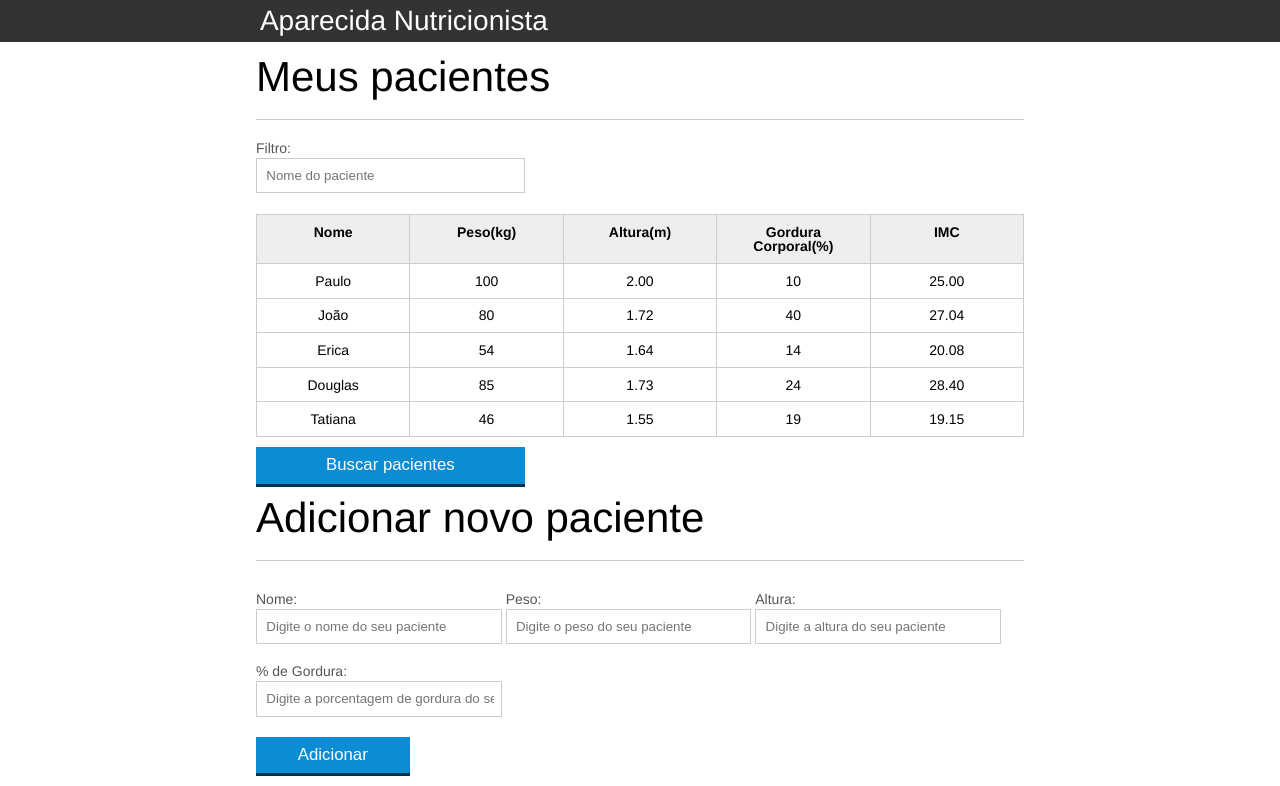
Repository: GabbLps/Controle-de-Clientes-Alura
Page: index.html
These files come from the project's save history. The page is drawn as it stood at one moment and after the next save; the edit follows.
The browser window is 1280 px wide. The pictures show the whole page.

Above is the page before, as saved 2022-05-16 12:52:15.

### index.html
<!DOCTYPE html>
<html lang="pt-br">
	<head>
		<meta charset="UTF-8">
		<title>Aparecida Nutrição</title>
		<link rel="icon" href="favicon.ico" type="image/x-icon">
		<link rel="stylesheet" type="text/css" href="css/reset.css">
		<link rel="stylesheet" type="text/css" href="css/index.css">

	</head>
	<body>

		<header>
			<div class="container">
				<h1 class="titulo">Aparecida Nutrição</h1>
			</div>
		</header>
		<main>
			<section class="container">
				<h2>Meus pacientes</h2>
				<label for="filtrar-tabela">Filtro:</label>
				<input type="text" name="filtro" id="filtrar-tabela" placeholder="Nome do paciente">
				<span id="erro-ajax" class="invisivel">Erro ao buscar os pacientes</span>
				<table>
					<thead>
						<tr>
							<th>Nome</th>
							<th>Peso(kg)</th>
							<th>Altura(m)</th>
							<th>Gordura Corporal(%)</th>
							<th>IMC</th>
						</tr>
					</thead>
					<tbody id="tabela-pacientes">
						<tr class="paciente" id="primeiro-paciente" >
							<td class="info-nome">Paulo</td>
							<td class="info-peso">100</td>
							<td class="info-altura">2.00</td>
							<td class="info-gordura">10</td>
							<td class="info-imc">0</td>
						</tr>

						<tr class="paciente" >
							<td class="info-nome">João</td>
							<td class="info-peso">80</td>
							<td class="info-altura">1.72</td>
							<td class="info-gordura">40</td>
							<td class="info-imc">0</td>
						</tr>

						<tr class="paciente" >
							<td class="info-nome">Erica</td>
							<td class="info-peso">54</td>
							<td class="info-altura">1.64</td>
							<td class="info-gordura">14</td>
							<td class="info-imc">0</td>
						</tr>

						<tr class="paciente">
							<td class="info-nome">Douglas</td>
							<td class="info-peso">85</td>
							<td class="info-altura">1.73</td>
							<td class="info-gordura">24</td>
							<td class="info-imc">0</td>
						</tr>
						<tr class="paciente" >
							<td class="info-nome">Tatiana</td>
							<td class="info-peso">46</td>
							<td class="info-altura">1.55</td>
							<td class="info-gordura">19</td>
							<td class="info-imc">0</td>
						</tr>
					</tbody>
				</table>

				<button id="buscar-paciente" class="botao bto-principal">Buscar pacientes</button>
			</section>
		</main>

		<section class="container">
			<h2 id="titulo-form">Adicionar novo paciente</h2>
			<ul id="mensagens-erro">

			</ul>
			<form id="form-adiciona">
				<div class="grupo">
					<label for="nome">Nome:</label>
					<input id="nome" name="nome" type="text" placeholder="Digite o nome do seu paciente" class="campo">
				</div>
				<div class="grupo">
					<label for="peso">Peso:</label>
					<input id="peso" name="peso" type="text" placeholder="Digite o peso do seu paciente" class="campo campo-medio">
				</div>
				<div class="grupo">
					<label for="altura">Altura:</label>
					<input id="altura" name="altura" type="text" placeholder="Digite a altura do seu paciente" class="campo campo-medio">
				</div>
				<div class="grupo">
					<label for="gordura">% de Gordura:</label>
					<input id="gordura" type="text" placeholder="Digite a porcentagem de gordura do seu paciente" class="campo campo-medio">
				</div>

				<button id="adicionar-paciente" class="botao bto-principal">Adicionar</button>
			</form>
		</section>

		<script src="js/calcula-imc.js"></script>
		<script src="js/form.js"></script>
		<script src="js/remover-paciente.js"></script>
		<script src="js/filtro.js"></script>
		<script src="js/buscar-pacientes.js"></script>

	</body>
</html>

### css/index.css
*{
	box-sizing: border-box;
 }

body{
	font-family: "Helvetica Neue", "Helvetica", Helvetica, Arial, sans-serif;
	font-size: 14px;
}

header{
	background-color: #333;
	height: 3em;
	color: #FFF;
	margin-bottom: 1em;
}

header h1{
	font-size: 2em;
	display:inline-block;
	vertical-align:	middle;
}
header h2{
	font-size: 2em;
	display:inline-block;
	vertical-align:	middle;
}

header .container:before{
	content: '';
	display:inline-block;
	height: 100%;
	vertical-align:	middle;
}

.container{
	width: 60%;
	height: 100%;
	margin: 0 auto;
}

section{
	margin: 2em 0;
	overflow: hidden;
}

section h2{
	font-size: 3em;
	display: block;
	padding-bottom: .5em;
	border-bottom: 1px solid #ccc;
	margin-bottom: .5em;
}

table{
	width: 100%;
	margin-bottom : .5em;
    table-layout: fixed;
	margin-top: 1.5em;
}

#buscar-paciente {
	width: 35%;
}

td, th {
	padding: .7em;
	margin: 0;
	border: 1px solid #ccc;
	text-align: center;
}

th{
	font-weight: bold;
	background-color: #EEE;
}

label{
	color: #555;
	display: block;
	margin-bottom: .2em;
}

.campo, #filtrar-tabela{
	margin: 0;
	padding-bottom: 1em;
	width: 100%;
	border: 1px solid #ccc;
	padding: .7em;
	width: 100%;
}

#filtrar-tabela {
	width: 35%;
}

.campo-medio{
	display: inline-block;
	padding-right: .5em;
}

.grupo{
	width: 32%;
	display: inline-block;
	padding: 10px 0px;
}

button{
	padding: .5em 2em;
	border: 0;
	border-bottom: 3px solid;
	font-size: 1.2em;
	cursor: pointer;
	margin: 0;
	margin-top: -3px;
	color: #fff;
	background-color:#0c8cd3;
	border-color: #04324c;
	width: 20%;
    display: block;
    clear: both;
    margin: 10px 0px;

}

button:active{
	margin-top:0px;
	border: 0;
}

button[disabled=disabled], button:disabled {
    background-color: gray;
	border-color: darkgray;

}

.adicionar-paciente{
    margin-top: 30px;
}

.campo-invalido{
	border: 1px solid red;
}

.paciente-invalido {
	background-color: lightcoral;
}

#mensagens-erro{
	color:red;
}

.fadeOut {
	opacity: 0;
	transition: 0.5s;
}

.invisivel {
	display: none;
}

### js/calcula-imc.js
var titulo = document.querySelector(".titulo");
titulo.textContent = "Aparecida Nutricionista";

var pacientes = document.querySelectorAll(".paciente");

for(var i = 0;i < pacientes.length; i++) {

    var paciente = pacientes[i];

    var tdPeso = paciente.querySelector(".info-peso");
    var peso = tdPeso.textContent;

    var tdAltura = paciente.querySelector(".info-altura");
    var altura = tdAltura.textContent;

    var tdImc = paciente.querySelector(".info-imc");

    var pesoEhValido = validaPeso(peso); //true or false
    var alturaEhValida = validaAltura(altura); //true or false

    if(!pesoEhValido) {
        console.log("Peso inválido!")
        pesoEhValido = false;
        tdImc.textContent = "Peso inválido!"
        paciente.classList.add("paciente-invalido");
    }

    if(!alturaEhValida) {
        console.log("Altura inválida!")
        pesoEhValido = false;
        tdImc.textContent = "Altura inválida!";
        paciente.classList.add("paciente-invalido");
    }

    if(pesoEhValido && alturaEhValida) {
        var imc = calculaImc(peso,altura);
        tdImc.textContent = imc;
    }
}

function validaPeso(peso) {
    if(peso >= 0 && peso < 1000) {
        return true;
    }else{
        return false;
    }
}

function validaAltura(altura) {
    if(altura >= 0 && altura <= 3.0) {
        return true;
    } else {
        return false;
    }
}

function calculaImc(peso,altura) {
    var imc = 0;

    imc = peso / (altura*altura);

    return imc.toFixed(2);
}

### js/form.js
var botaoAdicionar = document.querySelector("#adicionar-paciente");
botaoAdicionar.addEventListener("click", function(event) {
    event.preventDefault();

    var form = document.querySelector("#form-adiciona");
    var paciente = obtemPacienteDoFormulario(form);


    var erros = validaPaciente(paciente);
    console.log(erros);

    if(erros.length > 0){
        exibeMensagensDeErro(erros);
        return;
    }

    //  Adicionando paciente na tabela
    adicionaPacienteNaTabela(paciente);

    form.reset();

    // Apagar conteudo de dentro da UL que contem os erros
    var mensagensErro = document.querySelector("#mensagens-erro");
    mensagensErro.innerHTML = "";
});

    function adicionaPacienteNaTabela(paciente){
        var pacienteTr = montaTr(paciente);
        var tabela = document.querySelector("#tabela-pacientes");
        tabela.appendChild(pacienteTr);
    }

    function exibeMensagensDeErro(erros) {
        var ul = document.querySelector("#mensagens-erro");
        ul.innerHTML = "";
        erros.forEach(function(erro){
            var li = document.createElement("li");
            li.textContent = erro;
            ul.appendChild(li);
        });
    }

function obtemPacienteDoFormulario(form) {

    var paciente = {
        nome: form.nome.value,
        peso: form.peso.value,
        altura: form.altura.value,
        gordura: form.gordura.value,
        imc: calculaImc(form.peso.value, form.altura.value)
    }
    return paciente;
}

function montaTr(paciente){
    var pacienteTr = document.createElement("tr");  // Cria uma tr
    pacienteTr.classList.add("paciente");

    pacienteTr.appendChild(montaTd(paciente.nome, "info-nome"));   // Adiciona nomeTd dentro da Tr
    pacienteTr.appendChild(montaTd(paciente.peso, "info-peso"));
    pacienteTr.appendChild(montaTd(paciente.altura, "info-altura"));
    pacienteTr.appendChild(montaTd(paciente.gordura, "info-gordura"));
    pacienteTr.appendChild(montaTd(paciente.imc, "info-imc"));

    return pacienteTr;
}

function montaTd(dado,classe) {
    var td = document.createElement("td");  // Cria uma  td
    td.textContent = dado;   //  Adiciona um valor para essa td
    td.classList.add(classe); // Adiciona a classe no Td
    return td;
}

function validaPaciente(paciente) {

    var erros = [];

    if(paciente.nome.length == 0) {
        erros.push("O nome não pode ser em branco.");
    }

    if(!validaPeso(paciente.peso)){
        erros.push("Peso inválido!");
    }

    if(!validaAltura(paciente.altura)){
        erros.push("Altura inválida!");
    }

    if(paciente.gordura.length == 0) {
        erros.push("A gordura não pode ser em branco.");
    }

    if(paciente.peso.length == 0) {
        erros.push("O peso não pode ser em branco.");
    }

    if(paciente.altura.length == 0) {
        erros.push("A altura não pode ser em branco.");
    }
    return erros;
}

### js/remover-paciente.js
var pacientes = document.querySelectorAll(".paciente");

var tabela = document.querySelector("#tabela-pacientes");

tabela.addEventListener("dblclick", function(e){
    e.target.parentNode.classList.add("fadeOut");

    setTimeout(function(){
        e.target.parentNode.remove();
    }, 500);

      // e. target = o filho que é clicado
});  // parentNode é o pai dele.     e.target = alvoDoEvento e o parentNode = o pai dele.

/*
pacientes.forEach(function(paciente){
    paciente.addEventListener("dblclick", function(){
        console.log("Fui clicado com um duplo clique!");
        this.remove();  // this = quem for clicado ou recebe a ação/evento.
    });
});
*/

### js/filtro.js
var campoFiltro = document.querySelector("#filtrar-tabela");

campoFiltro.addEventListener("input", function(){
    console.log(this.value);
    var pacientes = document.querySelectorAll(".paciente");

    if(this.value.length > 0){

        for(var i = 0; i < pacientes.length; i++){
            var paciente = pacientes[i];
            var tdNome = paciente.querySelector(".info-nome");
            var nome = tdNome.textContent;
            var expressao = new RegExp(this.value,"i");
            if(!expressao.test(nome)) {
                paciente.classList.add("invisivel");
            } else {
                paciente.classList.remove("invisivel");
            }
        }
    } else {
        for (var i = 0; i < pacientes.length; i++) {
            var paciente = pacientes[i];
            paciente.classList.remove("invisivel");
        }
    }

});

### js/buscar-pacientes.js
var btnBuscarPaciente = document.querySelector("#buscar-paciente")

btnBuscarPaciente.addEventListener("click", function(){
    console.log("Buscando pacientes...");

    var xhr = new XMLHttpRequest();

    xhr.open("GET", "https://api-pacientes.herokuapp.com/1pacientes");

    xhr.addEventListener("load", function(){

        if( xhr.status == 200){
            var resposta = xhr.responseText;
            var pacientes = JSON.parse(resposta);

            pacientes.forEach(function(paciente){
                adicionaPacienteNaTabela(paciente);
            });
        } else {
            console.log(xhr.status);
            console.log(xhr.responseText);
        }



    });

    xhr.send();
});

Loaded but not shown: css/reset.css (common file)

After the next save:
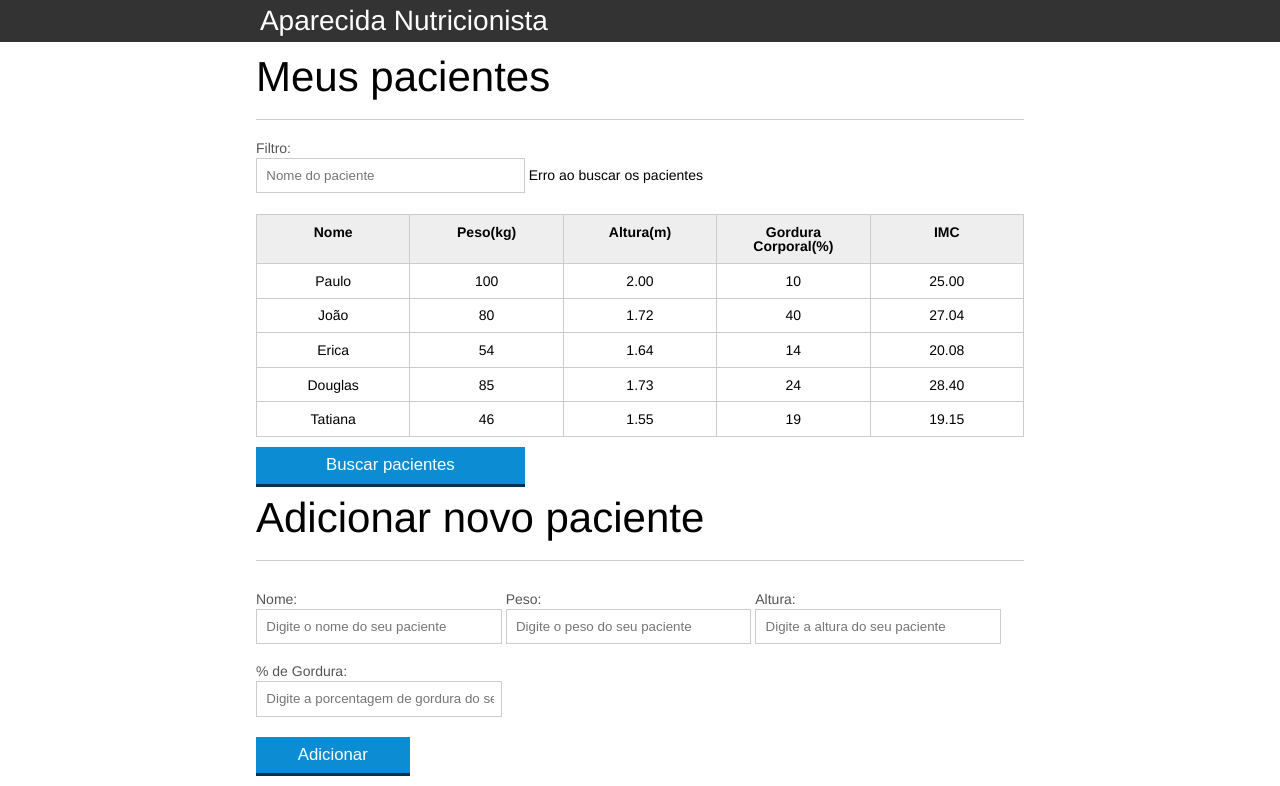
Saved 23 s later.
--- a/index.html
+++ b/index.html
@@ -20,7 +20,7 @@
 				<h2>Meus pacientes</h2>
 				<label for="filtrar-tabela">Filtro:</label>
 				<input type="text" name="filtro" id="filtrar-tabela" placeholder="Nome do paciente">
-				<span id="erro-ajax" class="invisivel">Erro ao buscar os pacientes</span>
+				<span id="erro-ajax" class="">Erro ao buscar os pacientes</span>
 				<table>
 					<thead>
 						<tr>

After the save that followed:
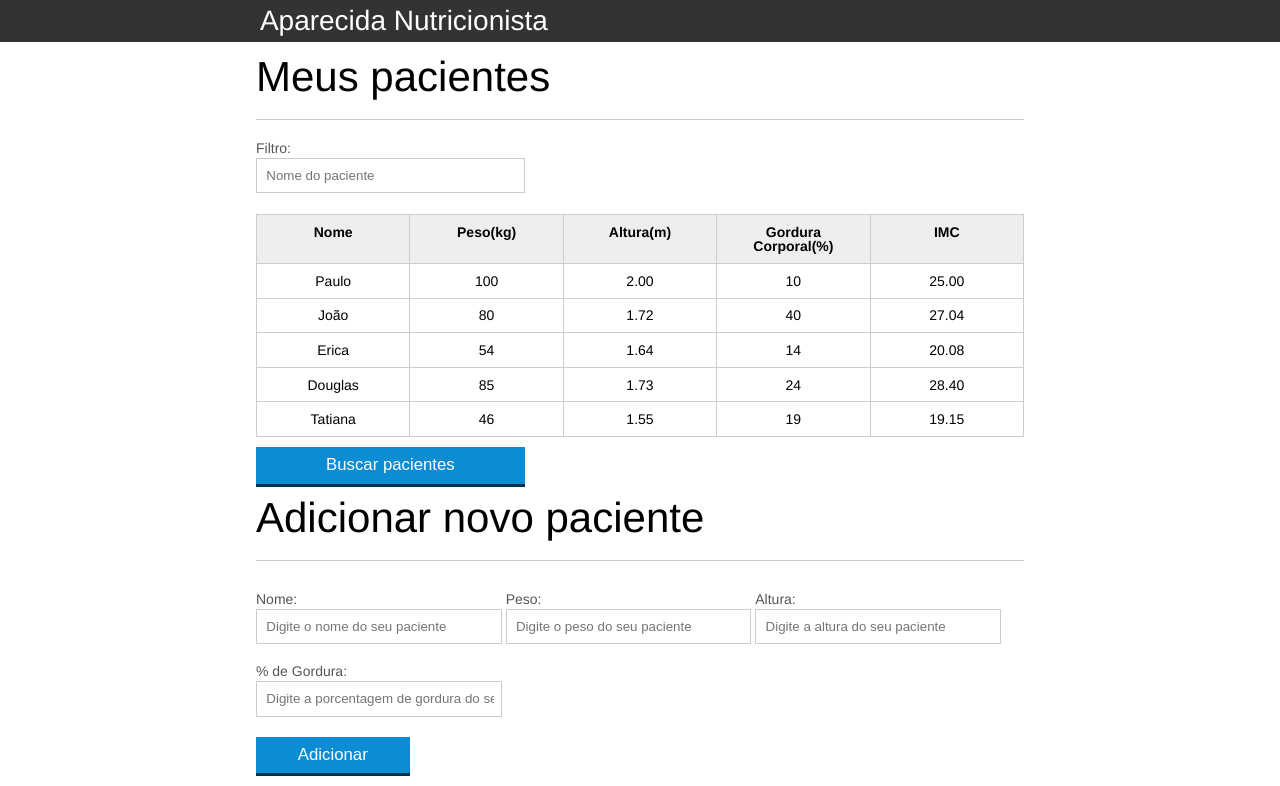
Saved 5 s later.
--- a/index.html
+++ b/index.html
@@ -20,7 +20,7 @@
 				<h2>Meus pacientes</h2>
 				<label for="filtrar-tabela">Filtro:</label>
 				<input type="text" name="filtro" id="filtrar-tabela" placeholder="Nome do paciente">
-				<span id="erro-ajax" class="">Erro ao buscar os pacientes</span>
+				<span id="erro-ajax" class="invisivel">Erro ao buscar os pacientes</span>
 				<table>
 					<thead>
 						<tr>
